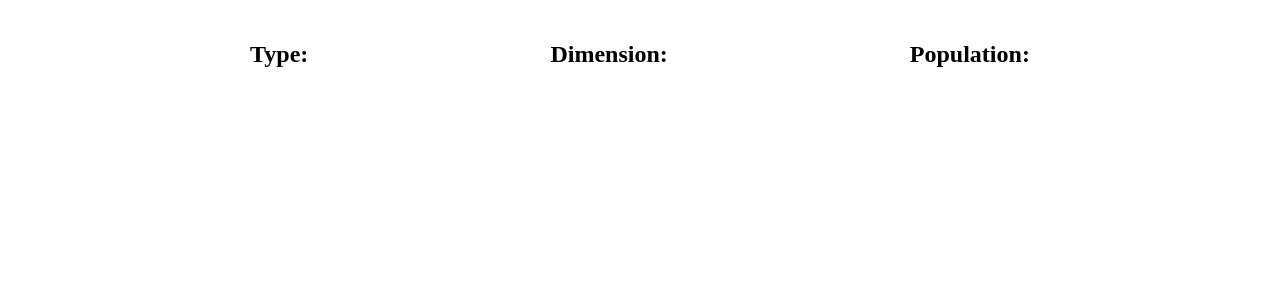
Repository: RobertAries28/ApiRickyMortin
Page: /
These files come from the project's save history. The page is drawn as it stood at one moment and after the next save; the edit follows.
The browser window is 1280 px wide. The pictures show the whole page.
The page's requests for data from a server got no answer. The project was rebuilt for these pictures with package versions that can differ from the ones it lists, and the page was loaded fresh each time. No one was signed in, and anything a server would have sent is missing.

Above is the page before, as saved 2022-04-28 11:15:38.

After the next save:
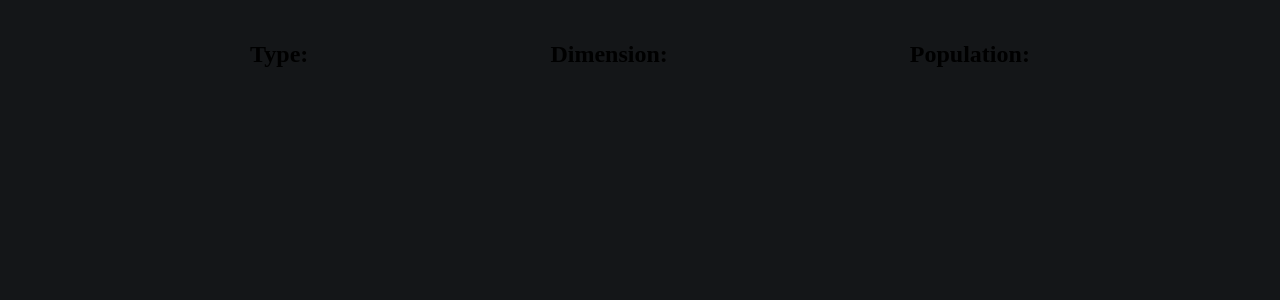
Saved 3 min 1 s later.
--- a/src/index.css
+++ b/src/index.css
@@ -1,3 +1,8 @@
+
+body{
+  background: #141618;
+}
+
 .information h1{
   font-weight: bold;
 }
